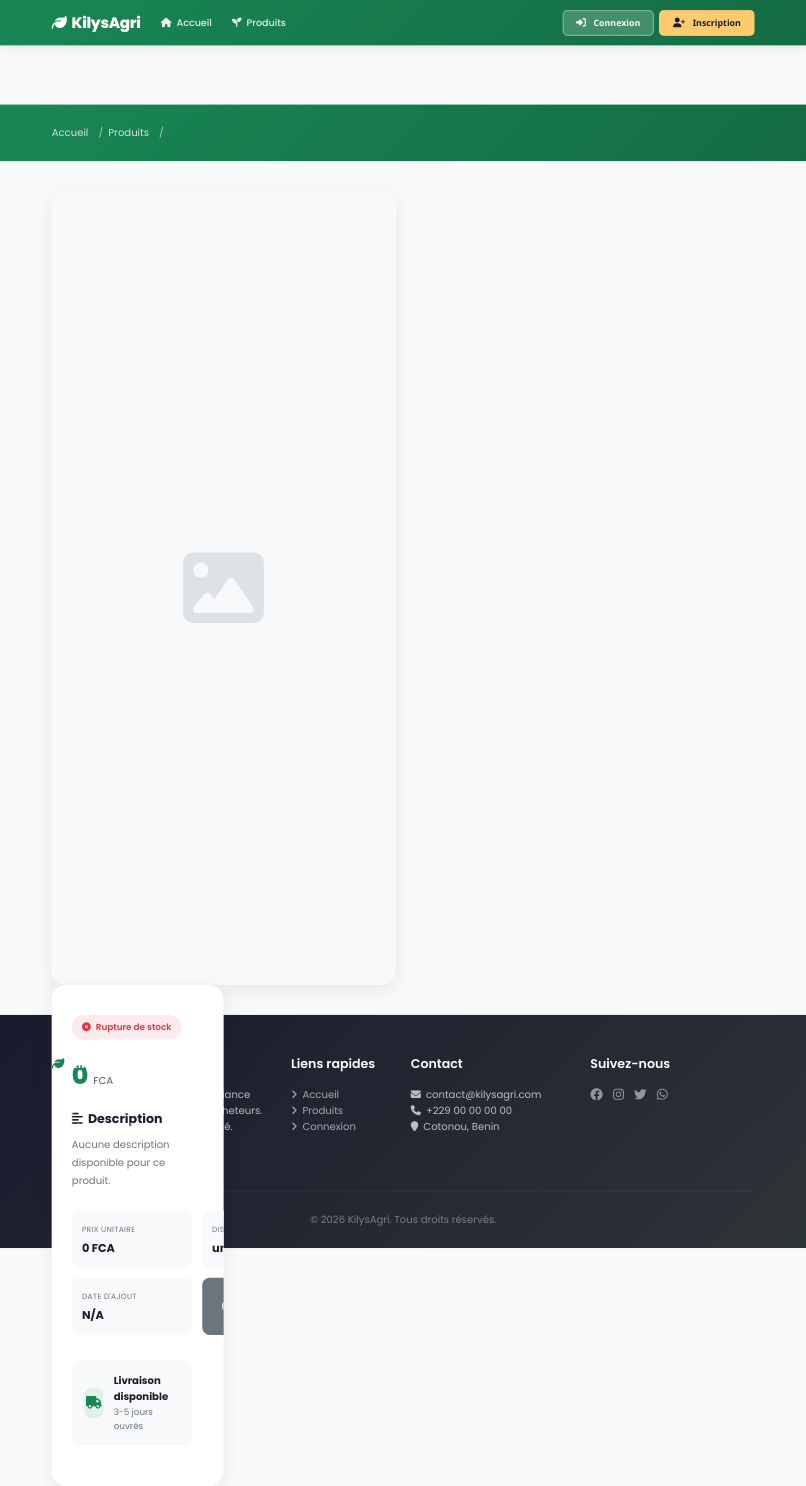
Repository: KILAYOSSI/projetdesoutenance
Page: templates/product/detail.html.twig
These files come from the project's save history. The page is drawn as it stood at one moment and after the next save; the edit follows.
The browser window is 1280 px wide. The pictures show the whole page, at 63% of full size.
The page is a Twig template of a Symfony application; nobody is signed in and links lead nowhere. The template is opened directly, without the code that normally fills it, so the values that code supplies are empty.

Above is the page before, as saved 2026-03-06 13:38:16.

### templates/product/detail.html.twig
{% extends 'base.html.twig' %}

{% block title %}{{ produit.nom }} - KilysAgri{% endblock %}

{% block stylesheets %}
<style>
    .breadcrumb-section {
        background: linear-gradient(135deg, #198754 0%, #146c43 100%);
        padding: 1rem 0;
        margin-top: 70px;
    }

    .breadcrumb {
        margin-bottom: 0;
        background: transparent;
    }

    .breadcrumb-item a {
        color: rgba(255,255,255,0.8) !important;
        text-decoration: none;
    }

    .breadcrumb-item a:hover {
        color: white !important;
    }

    .breadcrumb-item.active {
        color: white !important;
    }

    .breadcrumb-item + .breadcrumb-item::before {
        color: rgba(255,255,255,0.6);
    }

    .product-detail-section {
        padding: 3rem 0;
        background: #f8f9fa;
        min-height: 60vh;
    }

    .product-main-card {
        background: white;
        border-radius: 1.5rem;
        overflow: hidden;
        box-shadow: 0 0.5rem 2rem rgba(0, 0, 0, 0.08);
    }

    .product-image-container {
        background: #f8f9fa;
        padding: 2rem;
        height: 100%;
        display: flex;
        align-items: center;
        justify-content: center;
    }

    .product-image-container img {
        max-height: 450px;
        width: 100%;
        object-fit: contain;
        border-radius: 1rem;
    }

    .product-image-placeholder {
        width: 100%;
        height: 400px;
        display: flex;
        align-items: center;
        justify-content: center;
        background: #f8f9fa;
        border-radius: 1rem;
    }

    .product-image-placeholder i {
        font-size: 8rem;
        color: #dee2e6;
    }

    .product-info {
        padding: 2rem;
    }

    .product-category-badge {
        display: inline-block;
        background: rgba(25, 135, 84, 0.1);
        color: #198754;
        padding: 0.5rem 1rem;
        border-radius: 2rem;
        font-size: 0.875rem;
        font-weight: 600;
        margin-bottom: 1rem;
    }

    .product-title {
        font-size: 2rem;
        font-weight: 800;
        color: #1a1a2e;
        margin-bottom: 1rem;
        line-height: 1.2;
    }

    .product-status {
        margin-bottom: 1.5rem;
    }

    .status-badge {
        display: inline-flex;
        align-items: center;
        gap: 0.5rem;
        padding: 0.5rem 1rem;
        border-radius: 2rem;
        font-weight: 600;
        font-size: 0.875rem;
    }

    .status-in-stock {
        background: rgba(25, 135, 84, 0.1);
        color: #198754;
    }

    .status-out-stock {
        background: rgba(220, 53, 69, 0.1);
        color: #dc3545;
    }

    .product-price-display {
        margin-bottom: 1.5rem;
    }

    .product-price {
        font-size: 2.5rem;
        font-weight: 800;
        color: #198754;
    }

    .product-price span {
        font-size: 1rem;
        font-weight: 500;
        color: #6c757d;
    }

    .product-description-section {
        margin-bottom: 2rem;
    }

    .product-description-section h5 {
        font-weight: 700;
        color: #1a1a2e;
        margin-bottom: 1rem;
    }

    .product-description-section p {
        color: #6c757d;
        line-height: 1.8;
    }

    .details-grid {
        display: grid;
        grid-template-columns: repeat(2, 1fr);
        gap: 1rem;
        margin-bottom: 2rem;
    }

    .detail-card {
        background: #f8f9fa;
        padding: 1rem;
        border-radius: 0.75rem;
    }

    .detail-card small {
        color: #6c757d;
        font-size: 0.75rem;
        text-transform: uppercase;
        letter-spacing: 0.5px;
    }

    .detail-card strong {
        display: block;
        color: #1a1a2e;
        font-size: 1.125rem;
        margin-top: 0.25rem;
    }

    .quantity-section {
        margin-bottom: 2rem;
    }

    .quantity-section h5 {
        font-weight: 700;
        color: #1a1a2e;
        margin-bottom: 1rem;
    }

    .quantity-selector {
        display: flex;
        align-items: center;
        gap: 1rem;
    }

    .qty-btn {
        width: 48px;
        height: 48px;
        border: 2px solid #198754;
        background: transparent;
        color: #198754;
        border-radius: 0.75rem;
        font-size: 1.25rem;
        display: flex;
        align-items: center;
        justify-content: center;
        cursor: pointer;
        transition: all 0.2s ease;
    }

    .qty-btn:hover {
        background: #198754;
        color: white;
    }

    .qty-input {
        width: 80px;
        height: 48px;
        text-align: center;
        border: 2px solid #e9ecef;
        border-radius: 0.75rem;
        font-size: 1.125rem;
        font-weight: 600;
    }

    .qty-input:focus {
        outline: none;
        border-color: #198754;
    }

    .qty-max {
        color: #6c757d;
        font-size: 0.875rem;
    }

    .product-actions {
        display: flex;
        gap: 1rem;
    }

    .btn-add-to-cart {
        flex: 1;
        background: #198754;
        color: white;
        border: none;
        padding: 1rem 2rem;
        border-radius: 0.75rem;
        font-weight: 600;
        font-size: 1.0625rem;
        transition: all 0.2s ease;
        display: flex;
        align-items: center;
        justify-content: center;
        gap: 0.75rem;
        text-decoration: none;
        cursor: pointer;
    }

    .btn-add-to-cart:hover {
        background: #146c43;
        transform: translateY(-2px);
        box-shadow: 0 0.5rem 1.5rem rgba(25, 135, 84, 0.4);
        color: white;
    }

    .btn-add-to-cart:disabled {
        background: #6c757d;
        cursor: not-allowed;
        transform: none;
        box-shadow: none;
    }

    .shipping-info {
        background: #f8f9fa;
        padding: 1.25rem;
        border-radius: 0.75rem;
        display: flex;
        align-items: center;
        gap: 1rem;
        margin-top: 1.5rem;
    }

    .shipping-icon {
        width: 48px;
        height: 48px;
        background: rgba(25, 135, 84, 0.1);
        border-radius: 0.75rem;
        display: flex;
        align-items: center;
        justify-content: center;
        color: #198754;
        font-size: 1.25rem;
    }

    .shipping-text strong {
        color: #1a1a2e;
        display: block;
    }

    .shipping-text p {
        color: #6c757d;
        margin-bottom: 0;
        font-size: 0.875rem;
    }

    .related-section {
        margin-top: 3rem;
    }

    .related-title {
        font-size: 1.5rem;
        font-weight: 700;
        color: #1a1a2e;
        margin-bottom: 1.5rem;
    }

    @media (max-width: 992px) {
        .product-title {
            font-size: 1.5rem;
        }

        .product-price {
            font-size: 2rem;
        }

        .product-actions {
            flex-direction: column;
        }
    }
</style>
{% endblock %}

{% block body %}

<nav class="breadcrumb-section">
    <div class="container">
        <nav aria-label="breadcrumb">
            <ol class="breadcrumb">
                <li class="breadcrumb-item"><a href="{{ path('app_home') }}">Accueil</a></li>
                <li class="breadcrumb-item"><a href="{{ path('produits_index') }}">Produits</a></li>
                {% if produit.categorie %}
                    <li class="breadcrumb-item"><a href="{{ path('produits_categorie', {id: produit.categorie.id}) }}">{{ produit.categorie.nom }}</a></li>
                {% endif %}
                <li class="breadcrumb-item active" aria-current="page">{{ produit.nom }}</li>
            </ol>
        </nav>
    </div>
</nav>

<main class="product-detail-section">
    <div class="container">
        <div class="row g-4">
            <div class="col-lg-6">
                <div class="product-main-card h-100">
                    <div class="product-image-container">
                        {% if produit.image %}
                            <img src="{{ asset(produit.image) }}" alt="{{ produit.nom }}">
                        {% else %}
                            <div class="product-image-placeholder">
                                <i class="fas fa-image"></i>
                            </div>
                        {% endif %}
                    </div>
            </div>

            <div class="col-lg-6">
                <div class="product-main-card">
                    <div class="product-info">
                        {% if produit.categorie %}
                            <span class="product-category-badge">
                                <i class="fas fa-tag me-1"></i>{{ produit.categorie.nom }}
                            </span>
                        {% endif %}

                        <h1 class="product-title">{{ produit.nom }}</h1>

                        <div class="product-status">
                            {% if produit.quantite > 0 %}
                                <span class="status-badge status-in-stock">
                                    <i class="fas fa-check-circle"></i> En stock ({{ produit.quantite }} unités)
                                </span>
                            {% else %}
                                <span class="status-badge status-out-stock">
                                    <i class="fas fa-times-circle"></i> Rupture de stock
                                </span>
                            {% endif %}
                        </div>

                        <div class="product-price-display">
                            <span class="product-price">{{ produit.prix|number_format(0, ',', ' ') }} <span>FCA</span>
                        </div>

                        <div class="product-description-section">
                            <h5><i class="fas fa-align-left me-2"></i>Description</h5>
                            <p>{{ produit.description ?: 'Aucune description disponible pour ce produit.' }}</p>
                        </div>

                        <div class="details-grid">
                            <div class="detail-card">
                                <small>Prix unitaire</small>
                                <strong>{{ produit.prix|number_format(0, ',', ' ') }} FCA</strong>
                            </div>
                            <div class="detail-card">
                                <small>Disponibilité</small>
                                <strong>{{ produit.quantite }} unités</strong>
                            </div>
                            {% if produit.categorie %}
                            <div class="detail-card">
                                <small>Catégorie</small>
                                <strong>{{ produit.categorie.nom }}</strong>
                            </div>
                            {% endif %}
                            <div class="detail-card">
                                <small>Date d'ajout</small>
                                <strong>{{ produit.createdAt ? produit.createdAt|date('d/m/Y') : 'N/A' }}</strong>
                            </div>

                        {% if produit.quantite > 0 %}
                        <form method="post" action="{{ path('panier_ajouter', {id: produit.id}) }}">
                            <div class="quantity-section">
                                <h5><i class="fas fa-cubes me-2"></i>Quantité</h5>
                                <div class="quantity-selector">
                                    <button type="button" class="qty-btn" onclick="updateQty(-1)">
                                        <i class="fas fa-minus"></i>
                                    </button>
                                    <input type="number" class="qty-input" id="quantity" name="quantite" value="1" min="1" max="{{ produit.quantite }}">
                                    <button type="button" class="qty-btn" onclick="updateQty(1)">
                                        <i class="fas fa-plus"></i>
                                    </button>
                                    <span class="qty-max">Max: {{ produit.quantite }}</span>
                                </div>

                            <div class="product-actions">
                                <button type="submit" class="btn-add-to-cart">
                                    <i class="fas fa-cart-plus"></i>
                                    Ajouter au panier
                                </button>
                            </div>
                        </form>
                        {% else %}
                        <button class="btn-add-to-cart" disabled>
                            <i class="fas fa-ban"></i>
                            Produit indisponible
                        </button>
                        {% endif %}

                        <div class="shipping-info">
                            <div class="shipping-icon">
                                <i class="fas fa-truck"></i>
                            </div>
                            <div class="shipping-text">
                                <strong>Livraison disponible</strong>
                                <p>3-5 jours ouvrés</p>
                            </div>
                    </div>
            </div>

        {% if produit.categorie %}
        <div class="related-section">
            <h3 class="related-title">
                <i class="fas fa-th-large me-2 text-success"></i>Produits similaires
            </h3>
            <div class="text-center py-4 bg-white rounded-3">
                <i class="fas fa-folder-open text-muted fa-3x mb-3"></i>
                <p class="text-muted mb-0">Découvrez tous les produits dans {{ produit.categorie.nom }}</p>
                <a href="{{ path('produits_categorie', {id: produit.categorie.id}) }}" class="btn btn-primary mt-3">
                    <i class="fas fa-eye me-2"></i>Voir tout
                </a>
            </div>
        {% endif %}
    </div>
</main>

{% endblock %}

{% block javascripts %}
<script>
    function updateQty(delta) {
        const input = document.getElementById('quantity');
        const newVal = parseInt(input.value) + delta;
        const max = parseInt(input.max);
        const min = parseInt(input.min);

        if (newVal >= min && newVal <= max) {
            input.value = newVal;
        }
    }
</script>
{% endblock %}

Loaded but not shown: public/css/style.css (882 lines, source omitted); templates/base.html.twig (408 lines, source omitted)

After the next save:
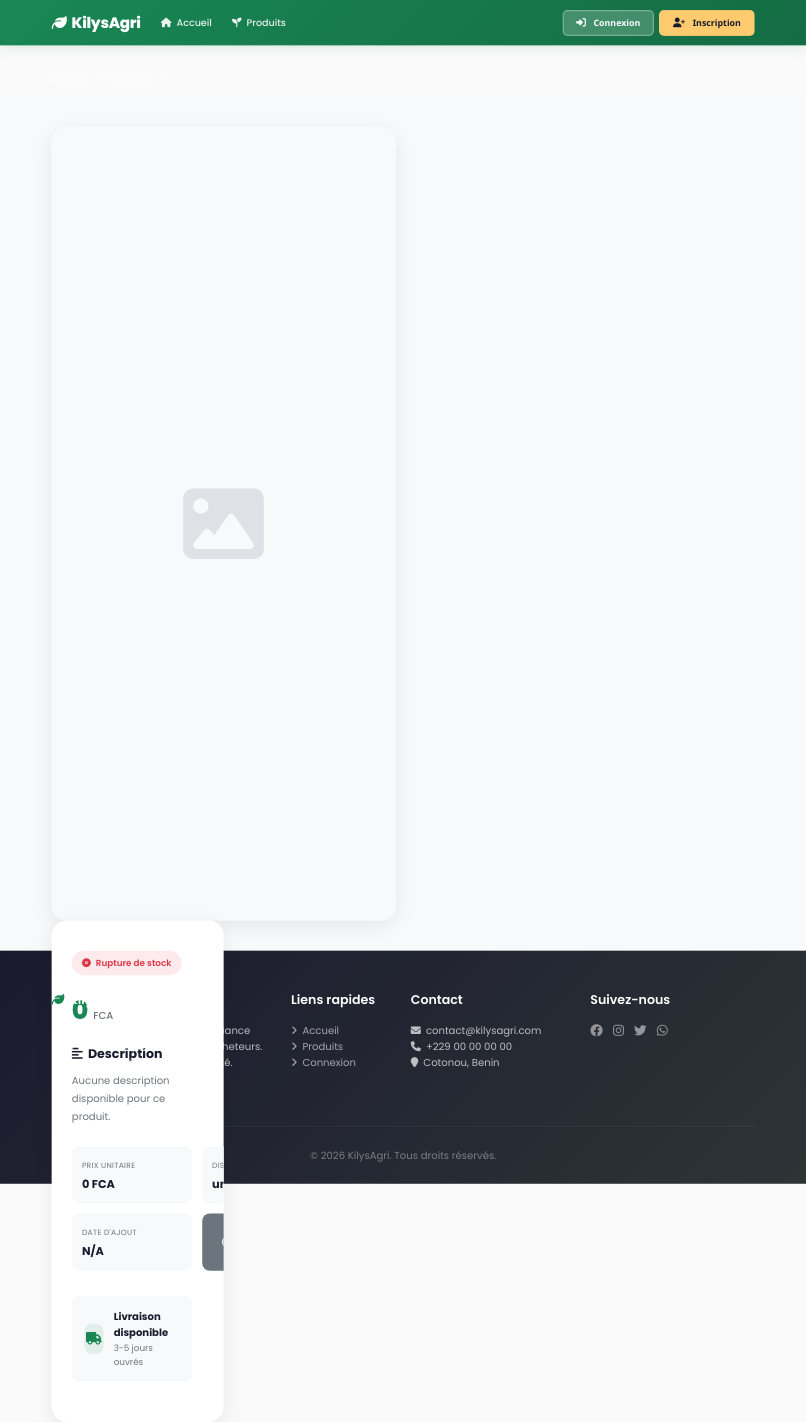
Saved 6 min 41 s later.
--- a/templates/product/detail.html.twig
+++ b/templates/product/detail.html.twig
@@ -4,8 +4,7 @@
 
 {% block stylesheets %}
 <style>
-    .breadcrumb-section {
-        background: linear-gradient(135deg, #198754 0%, #146c43 100%);
+
         padding: 1rem 0;
         margin-top: 70px;
     }
